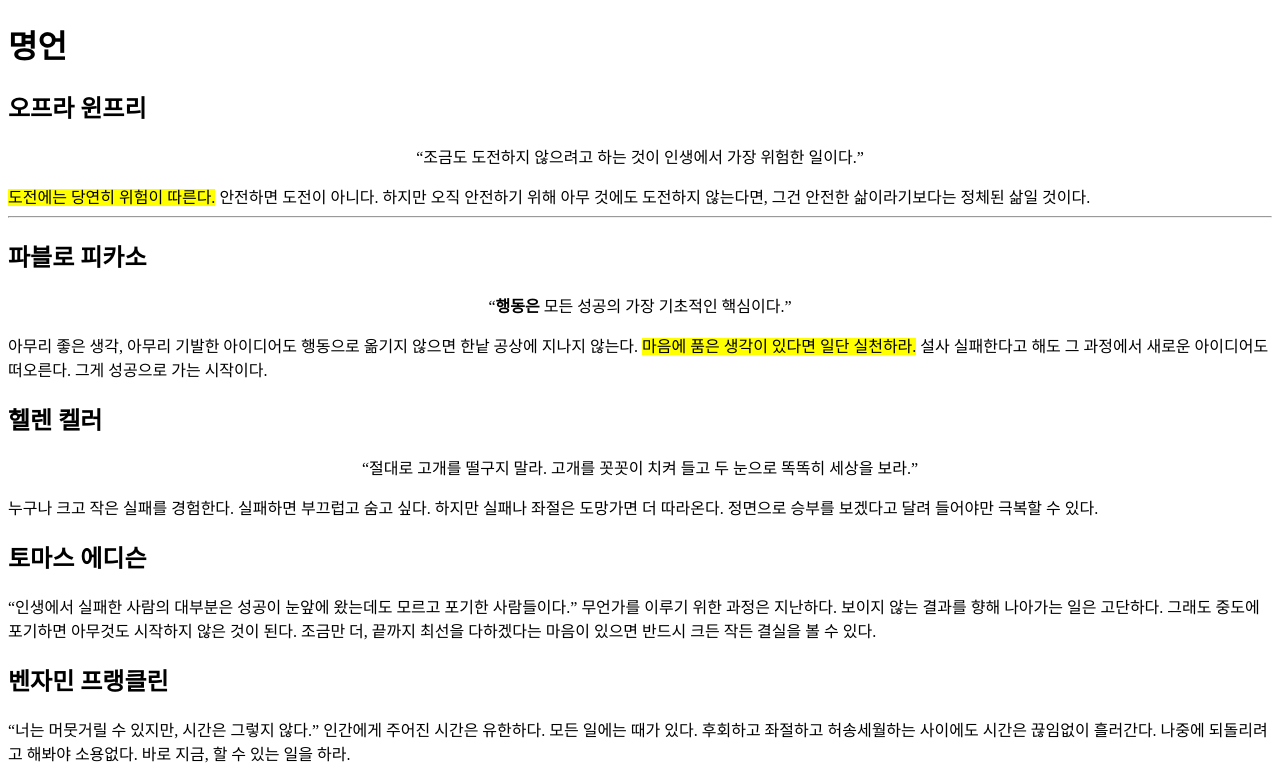
Repository: sinsujung/client
Page: ClientTest/src/main/webapp/문제/ex06.html
These files come from the project's save history. The page is drawn as it stood at one moment and after the next save; the edit follows.
The browser window is 1280 px wide. The pictures show the whole page.

Above is the page before, as saved 2023-09-20 08:41:22.

After the next save:
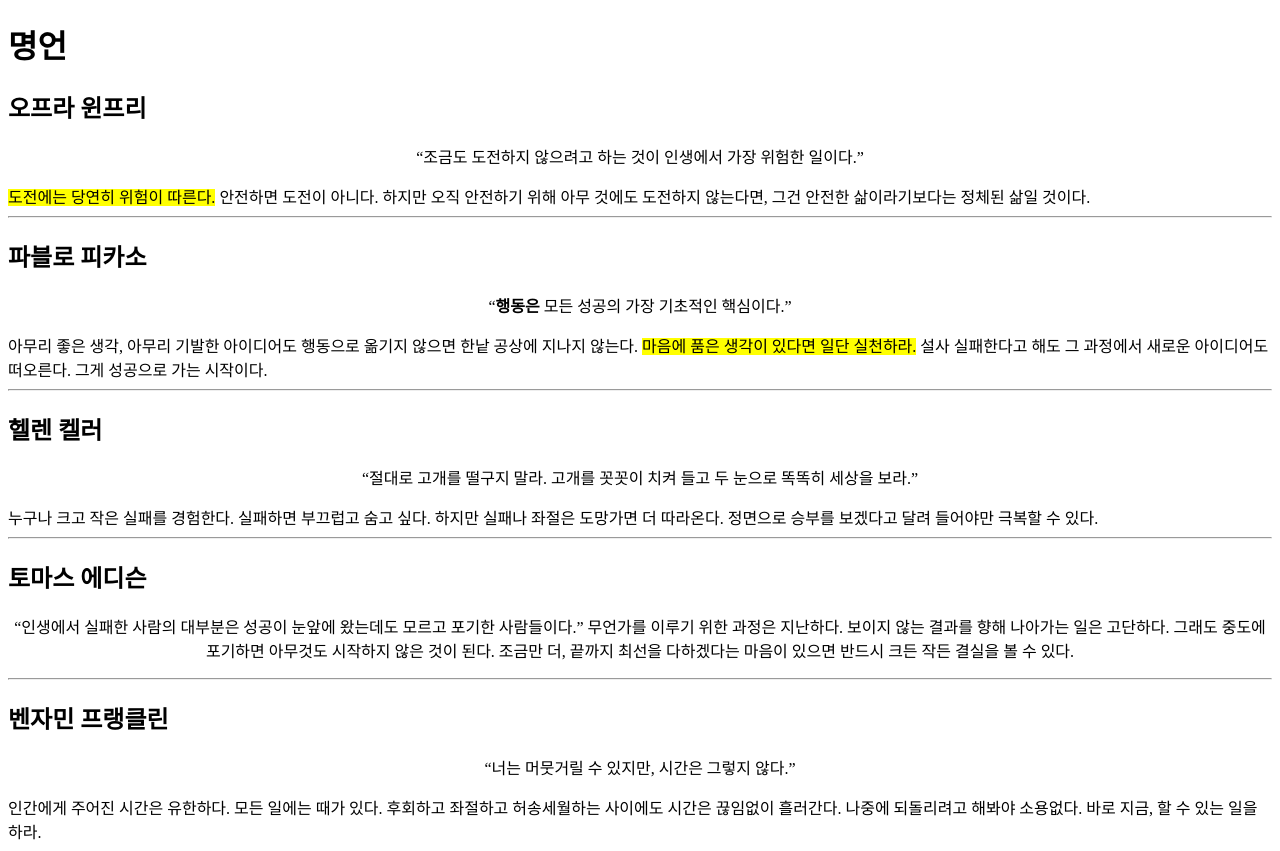
Saved 63 s later.
--- a/ClientTest/src/main/webapp/문제/ex06.html
+++ b/ClientTest/src/main/webapp/문제/ex06.html
@@ -13,17 +13,17 @@
 <h2>파블로 피카소</h2>
 <p align = "center">“<strong>행동은</strong> 모든 성공의 가장 기초적인 핵심이다.”</p>
 아무리 좋은 생각, 아무리 기발한 아이디어도 행동으로 옮기지 않으면 한낱 공상에 지나지 않는다. <font style="background-color: yellow;">마음에 품은 생각이 있다면 일단 실천하라.</font> 설사 실패한다고 해도 그 과정에서 새로운 아이디어도 떠오른다. 그게 성공으로 가는 시작이다.
-
+<hr>
 <h2>헬렌 켈러</h2>
 <p align = "center">“절대로 고개를 떨구지 말라. 고개를 꼿꼿이 치켜 들고 두 눈으로 똑똑히 세상을 보라.”</p>
 누구나 크고 작은 실패를 경험한다. 실패하면 부끄럽고 숨고 싶다. 하지만 실패나 좌절은 도망가면 더 따라온다. 정면으로 승부를 보겠다고 달려 들어야만 극복할 수 있다.
-
+<hr>
 <h2>토마스 에디슨</h2>
-“인생에서 실패한 사람의 대부분은 성공이 눈앞에 왔는데도 모르고 포기한 사람들이다.”
-무언가를 이루기 위한 과정은 지난하다. 보이지 않는 결과를 향해 나아가는 일은 고단하다. 그래도 중도에 포기하면 아무것도 시작하지 않은 것이 된다. 조금만 더, 끝까지 최선을 다하겠다는 마음이 있으면 반드시 크든 작든 결실을 볼 수 있다.
-
+<p align = "center">“인생에서 실패한 사람의 대부분은 성공이 눈앞에 왔는데도 모르고 포기한 사람들이다.”
+무언가를 이루기 위한 과정은 지난하다. 보이지 않는 결과를 향해 나아가는 일은 고단하다. 그래도 중도에 포기하면 아무것도 시작하지 않은 것이 된다. 조금만 더, 끝까지 최선을 다하겠다는 마음이 있으면 반드시 크든 작든 결실을 볼 수 있다.</p>
+<hr>
 <h2>벤자민 프랭클린</h2>
-“너는 머뭇거릴 수 있지만, 시간은 그렇지 않다.”
+<p align = "center">“너는 머뭇거릴 수 있지만, 시간은 그렇지 않다.”</p>
 인간에게 주어진 시간은 유한하다. 모든 일에는 때가 있다. 후회하고 좌절하고 허송세월하는 사이에도 시간은 끊임없이 흘러간다. 나중에 되돌리려고 해봐야 소용없다. 바로 지금, 할 수 있는 일을 하라.
 </body>
 </html>
